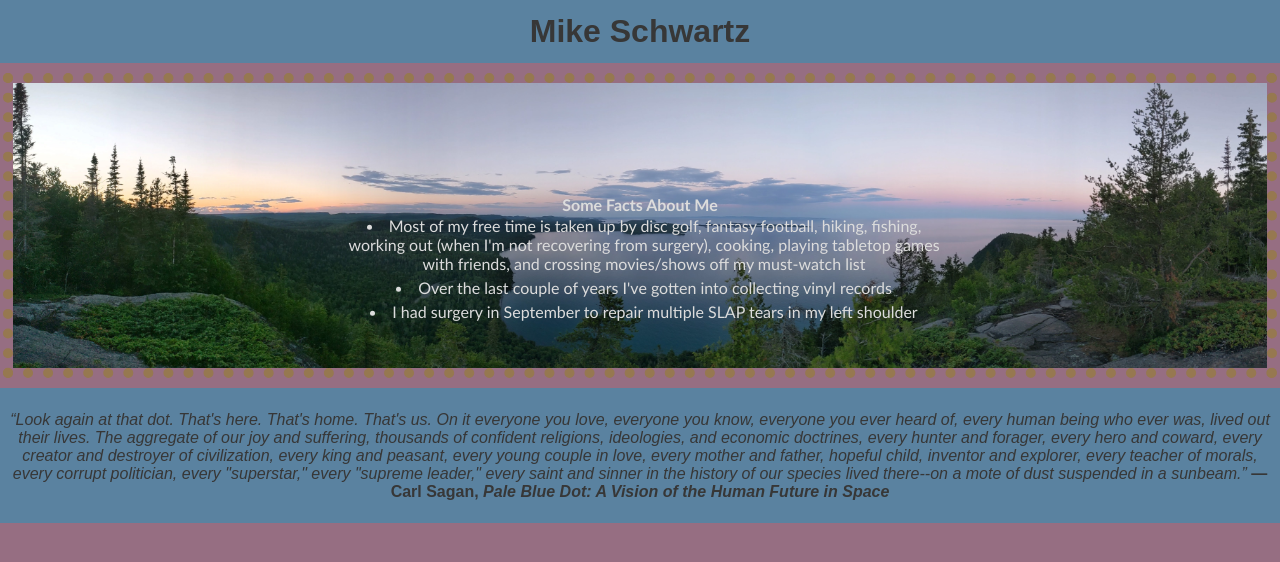
Repository: Ellusionism/prime-pw-week-1-assignment
Page: assignment/index.html
An editor plug-in stored every save of this project. The page is shown before and after the next save, followed by the edit.
The browser window is 1280 px wide. The pictures show the whole page.

Above is the page before, as saved 2022-10-26 18:15:04.

After the next save:
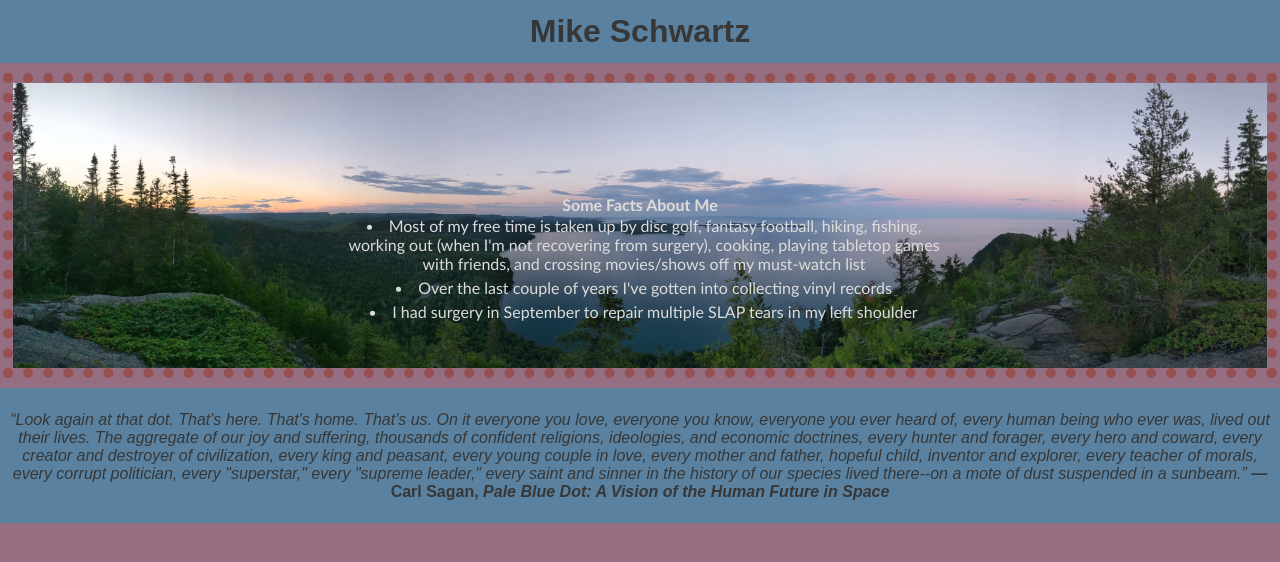
Saved 4 s later.
--- a/assignment/style.css
+++ b/assignment/style.css
@@ -36,7 +36,7 @@ header {
 }
 /* Put a border around your image */
 .img {
- border: 10px dotted  rgb(150, 120, 80);
+ border: 10px dotted  rgb(150, 80, 80);
  padding: 0;
  display: block;
  margin: auto;
